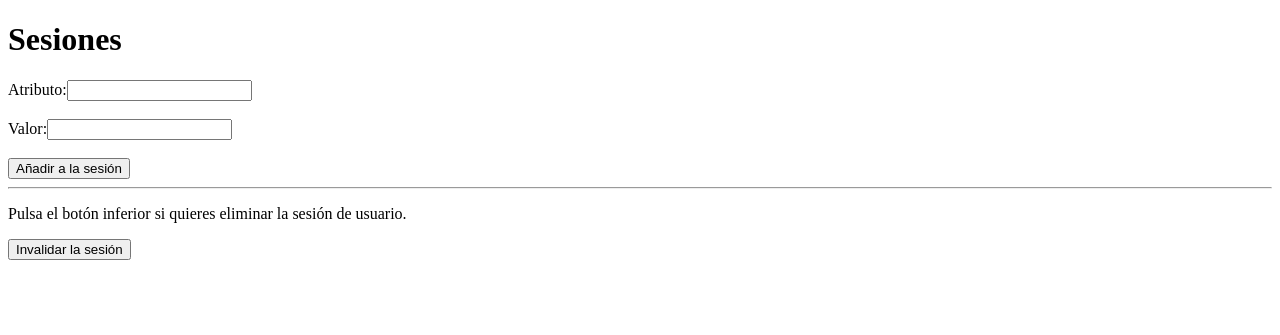
Repository: Scastellc/javaee
Page: Sesiones/WebContent/index.html
The author's editor kept a copy of each file at every save. The page is drawn from the files as they stood at one save, then again after the next save.
The browser window is 1280 px wide. The pictures show the whole page.

Above is the page before, as saved 2017-02-16 18:41:22.

After the next save:
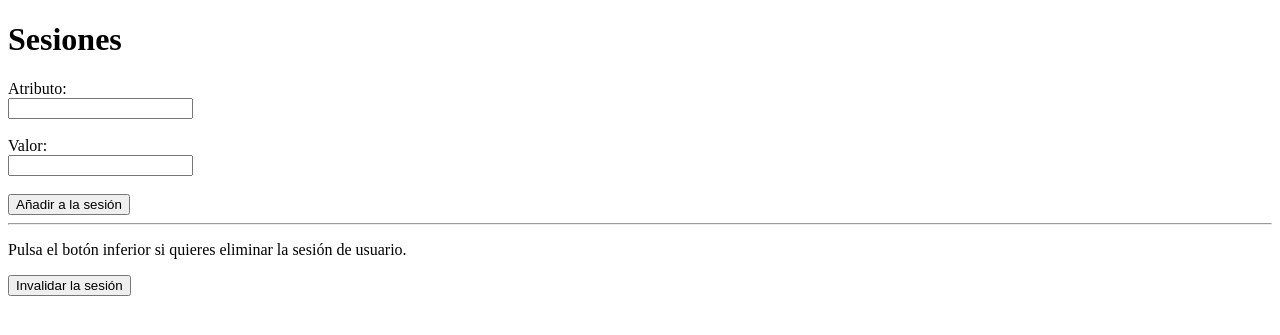
Saved 102 s later.
--- a/Sesiones/WebContent/index.html
+++ b/Sesiones/WebContent/index.html
@@ -7,8 +7,10 @@
 <body>
 	<h1>Sesiones</h1>
 	<form method="get" action="/Sesiones/anyadir">
-		Atributo:<input type="text" name="atributo"><br><br>
-		Valor:<input type="text" name="valor"><br><br>
+		Atributo:<br>
+		<input type="text" name="atributo"><br><br>
+		Valor:<br>
+		<input type="text" name="valor"><br><br>
 		<input type="submit" value="Añadir a la sesión"><br>
 	</form>
 <hr>
